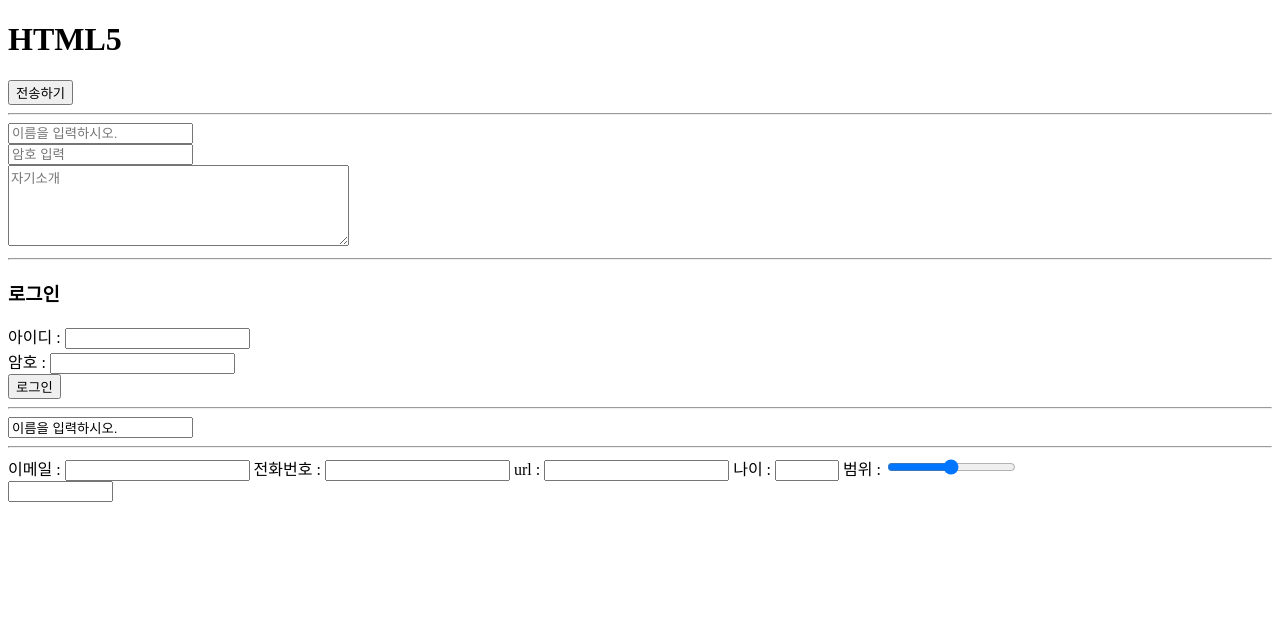
Repository: hb6700/client
Page: ClientTest/src/main/webapp/html/ex19.html
An editor plug-in stored every save of this project. The page is shown before and after the next save, followed by the edit.
The browser window is 1280 px wide. The pictures show the whole page.

Above is the page before, as saved 2023-09-21 08:33:30.

### ClientTest/src/main/webapp/html/ex19.html
<!DOCTYPE html>
<html>
	<head>
		<meta charset="UTF-8">
		<title>ex19</title>
	</head>
	<body>
		<h1>HTML5</h1>
		<form method="POST" action="ex18_server.jsp">
			<input type="submit" value="전송하기">
			<hr>
			<!-- <input type="text" value="이름을 입력하시오." onfocus="this.value='';"> -->
			<input type="text" placeholder="이름을 입력하시오.">
			<br>
			<input type="password" placeholder="암호 입력">
			<br>
			<textarea cols="40" rows="5" placeholder="자기소개"></textarea>

			<hr>

			<h3>로그인</h3>
			아이디 : <input type="text" required><br>
			암호 : <input type="password" required><br>
			<input type="submit" value="로그인">

			<hr>

			<input type="text" value="이름을 입력하시오." onfocus="this.value='';">

			<hr>
			이메일 : <input type="email">
			전화번호 : <input type="tel">
			url : <input type="url">
			나이 : <input type="number" min="0" max="100" step="10">
			범위 : <input type="range" onchange="document.getElementById('txt1').value=this.value;">
			<br>
			<input type="text" id="txt1" size="10">


		</form>
	</body>
</html>

After the next save:
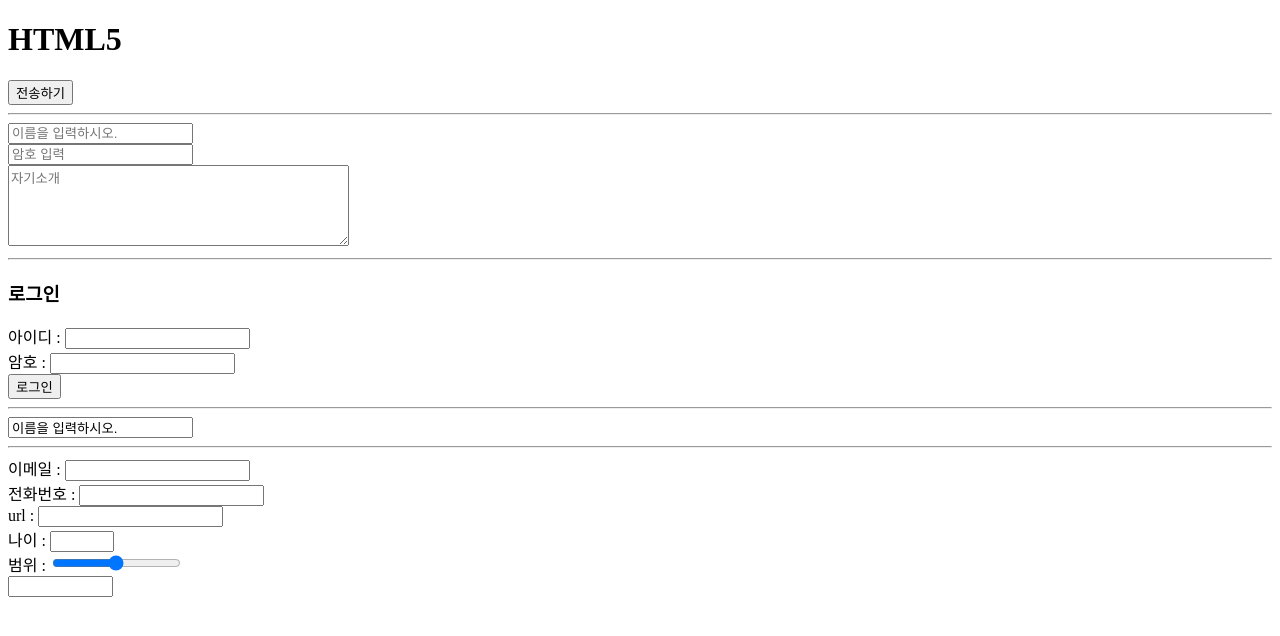
Saved 18 s later.
--- a/ClientTest/src/main/webapp/html/ex19.html
+++ b/ClientTest/src/main/webapp/html/ex19.html
@@ -28,10 +28,10 @@
 			<input type="text" value="이름을 입력하시오." onfocus="this.value='';">
 
 			<hr>
-			이메일 : <input type="email">
-			전화번호 : <input type="tel">
-			url : <input type="url">
-			나이 : <input type="number" min="0" max="100" step="10">
+			이메일 : <input type="email"><br>
+			전화번호 : <input type="tel"><br>
+			url : <input type="url"><br>
+			나이 : <input type="number" min="0" max="100" step="10"><br>
 			범위 : <input type="range" onchange="document.getElementById('txt1').value=this.value;">
 			<br>
 			<input type="text" id="txt1" size="10">
